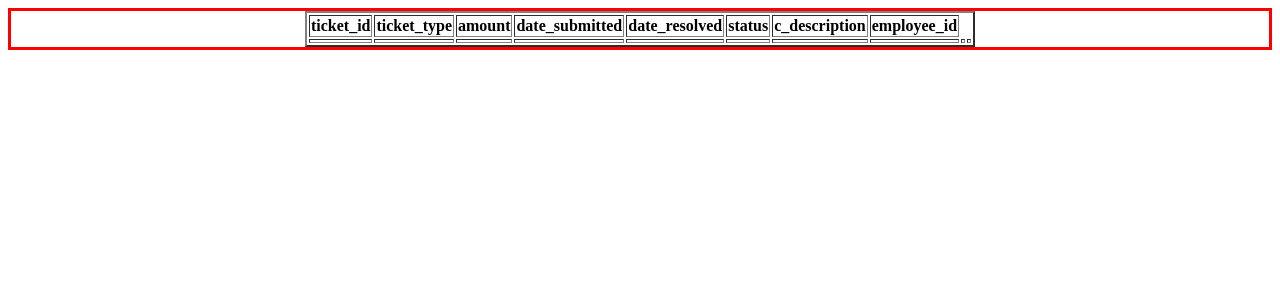
Repository: 2001usfpega/ZhenJ-code
Page: Project1/Showmethemoney/src/main/webapp/resources/html/ticket_decide.html
These files come from the project's save history. The page is drawn as it stood at one moment and after the next save; the edit follows.
The browser window is 1280 px wide. The pictures show the whole page.

Above is the page before, as saved 2020-02-10 03:54:01.

### Project1/Showmethemoney/src/main/webapp/resources/html/ticket_decide.html
<!DOCTYPE html>
<html>
<head>
<meta charset="ISO-8859-1">
<title>Ticket Decision</title>
<link rel=stylesheet type="text/css"
	href="/Showmethemoney/resources/css/mystyles.css">
</head>
<div class="login-container">
	<div class="form-group">
		<table border="2" class="table" id="reimbtable">
			<tr>
				<th>ticket_id</th>
				<th>ticket_type</th>
				<th>amount</th>
				<th>date_submitted</th>
				<th>date_resolved</th>
				<th>status</th>
				<th>c_description</th>
				<th>employee_id</th>
			</tr>


			<tr>
				<td>  </td>
				<td></td>
				<td></td>
				<td></td>
				<td></td>
				<td></td>
				<td></td>
				<td></td>
				<td></td>
				<td></td>
			</tr>















		</table>
	</div>

</div>
</body>
</html>

### Project1/Showmethemoney/src/main/webapp/resources/css/mystyles.css
.login-container {
	display: flex;
	flex-direction: column;
    align-items: center;
    border: 3px solid red;
    text-align: center;
}

form {
	border: 2px solid black;
	padding: 10px;
	margin: 10px;
}

input {
	margin: 3px;
}

After the next save:
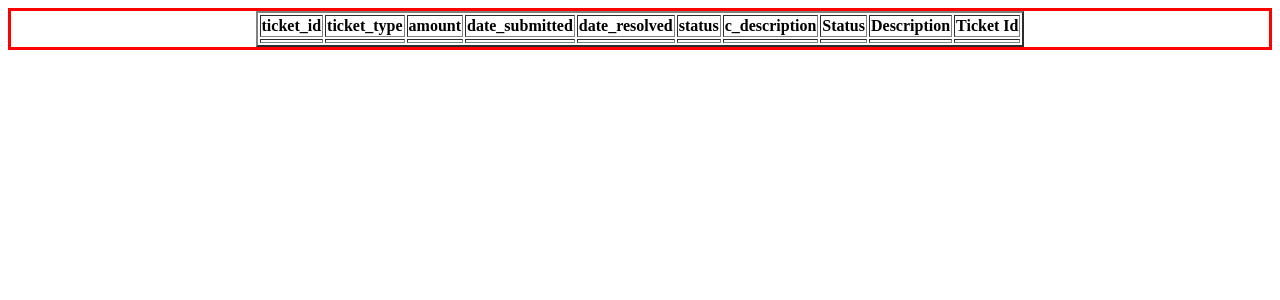
Saved 107 s later.
--- a/Project1/Showmethemoney/src/main/webapp/resources/html/ticket_decide.html
+++ b/Project1/Showmethemoney/src/main/webapp/resources/html/ticket_decide.html
@@ -17,7 +17,9 @@
 				<th>date_resolved</th>
 				<th>status</th>
 				<th>c_description</th>
-				<th>employee_id</th>
+				<th>Status</th>
+				<th>Description</th>
+				<th>Ticket Id</th>
 			</tr>
 
 
@@ -32,6 +34,12 @@
 				<td></td>
 				<td></td>
 				<td></td>
+
+
+
+
+
+
 			</tr>
 
 
